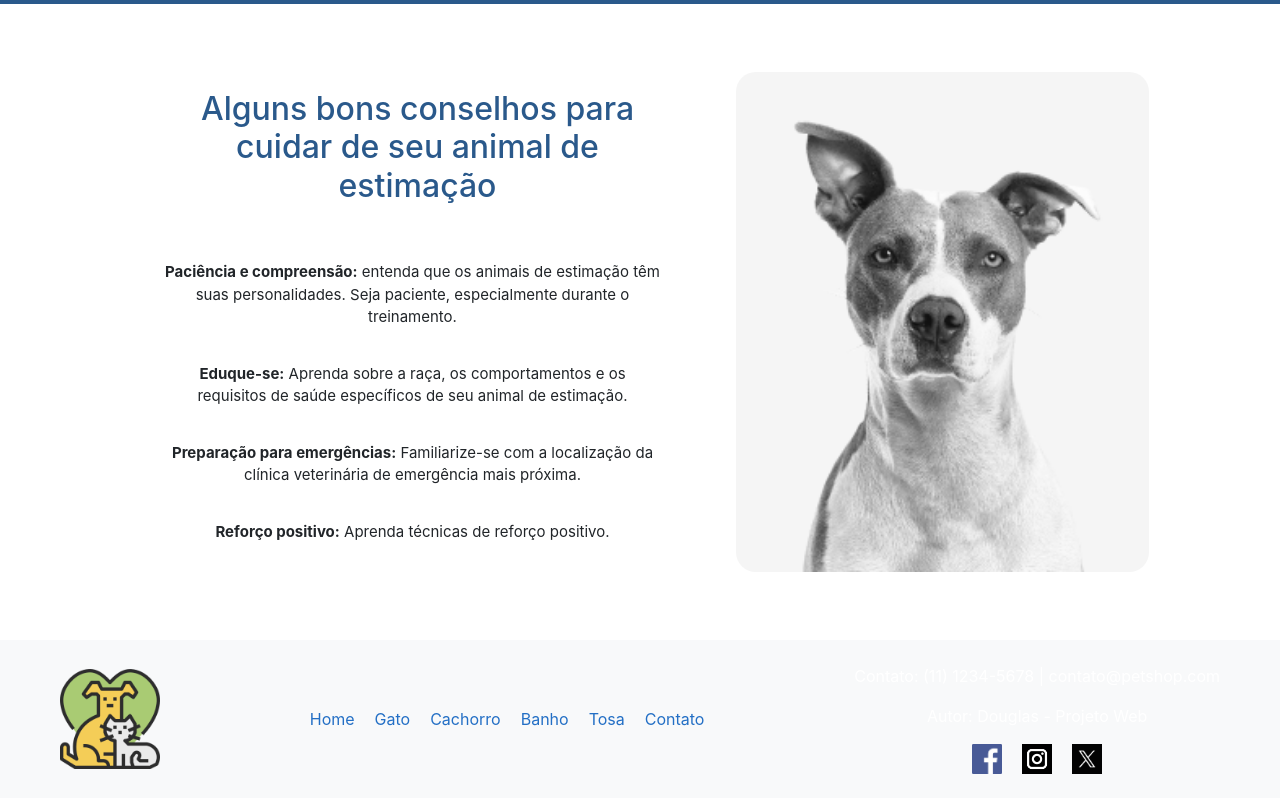
Repository: graeff01/petshop-project
Page: index.html
These files come from the project's save history. The page is drawn as it stood at one moment and after the next save; the edit follows.
The browser window is 1280 px wide. The pictures show the part of the page from y = 870 to 1668 px (the page is 1668 px tall).
A picture or video elsewhere on the page could not be fetched, so the positions and the page height are approximate.

Above is the page before, as saved 2024-09-18 11:37:28.

After the next save:
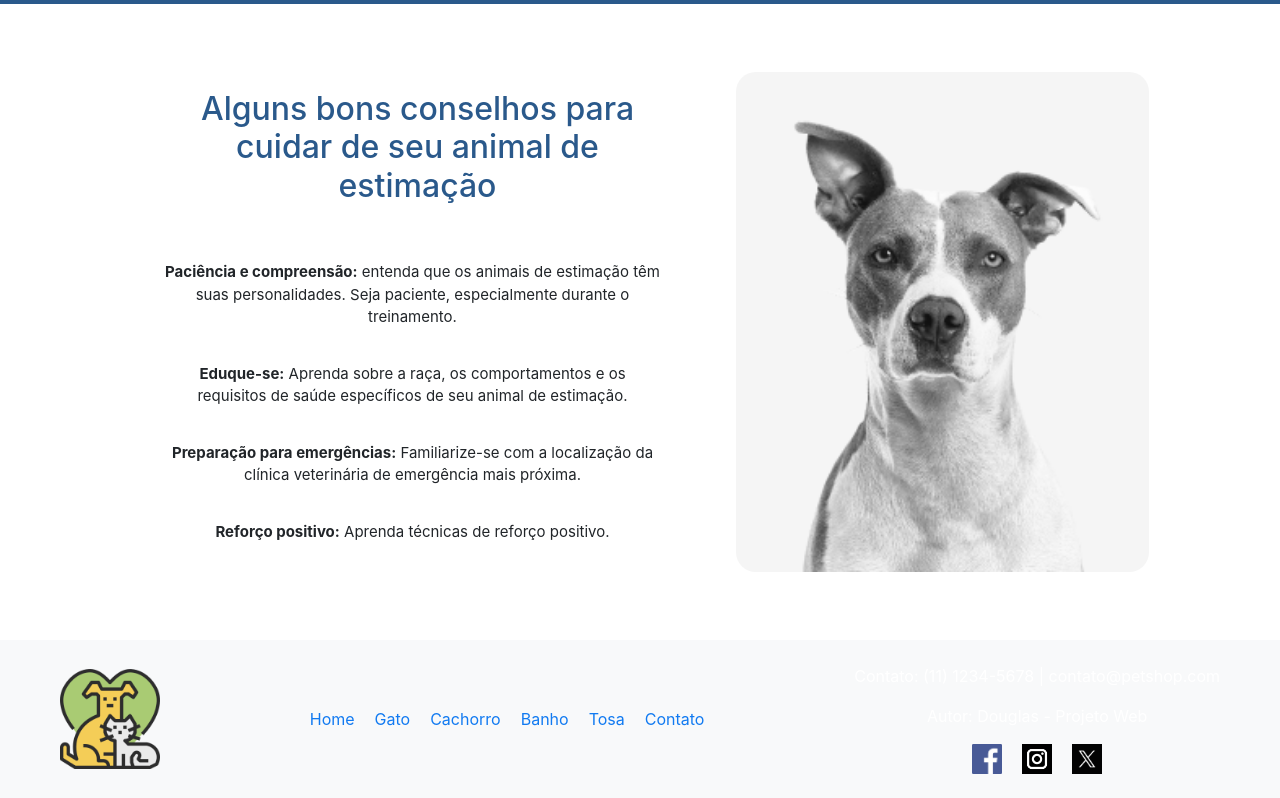
Saved 12 s later.
--- a/css/style.css
+++ b/css/style.css
@@ -192,7 +192,7 @@ section.membership {
 }
 
 .footer-links a {
-    color: rgb(35, 111, 197);
+    color: rgb(17, 122, 241);
     text-decoration: none;
     font-size: 16px;
 }
